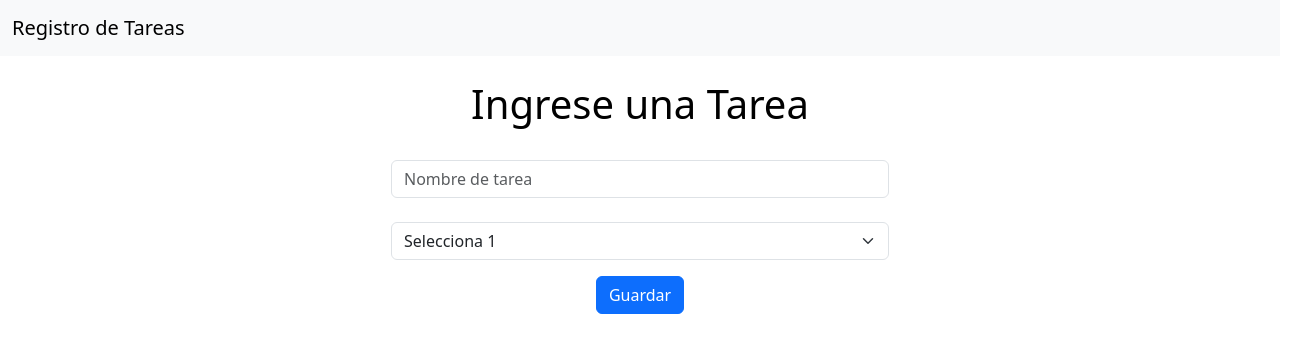
Repository: mgarrido0gb/registroTareas
Page: http://localhost/Tareas/Home
An editor plug-in stored every save of this project. The page is shown before and after the next save, followed by the edit.
The browser window is 1280 px wide. The page is 1292 px wide, so the pictures cover 1292 px, including what lies to the right of the window. The pictures show the whole page.
The page is served by Tomcat 10. Queries for data that is not in the repository find no rows.

Above is the page before, as saved 2024-05-21 22:26:19.

After the next save:
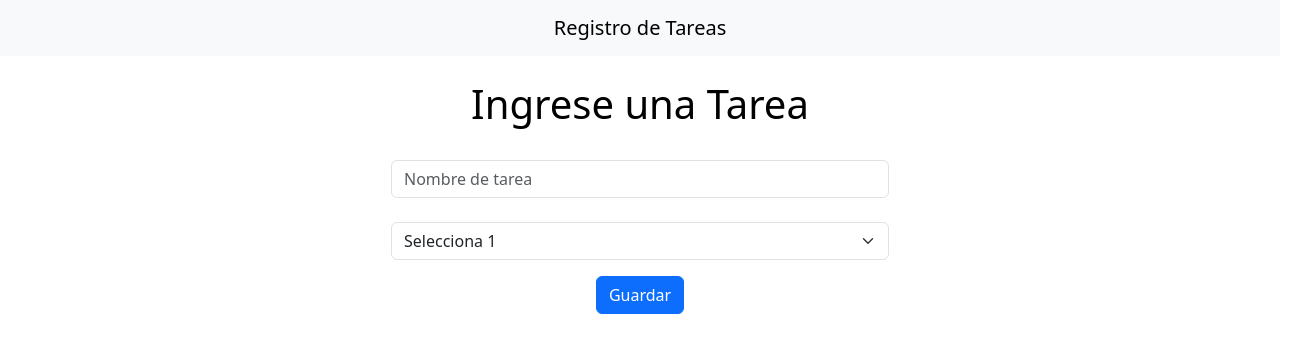
Saved 39 s later.
--- a/Tareas/src/main/webapp/WEB-INF/home.jsp
+++ b/Tareas/src/main/webapp/WEB-INF/home.jsp
@@ -39,9 +39,9 @@
 
   	%>
   	<nav class="navbar navbar-expand-lg bg-body-tertiary">
-  		<div class="container-fluid">
-    		<a class="navbar-brand" href="#">Registro de Tareas</a>
-  		</div>
+    	<div class="container-fluid">
+        	<a class="navbar-brand mx-auto" href="#">Registro de Tareas</a>
+    	</div>
 	</nav>
 
     <div class="container">
